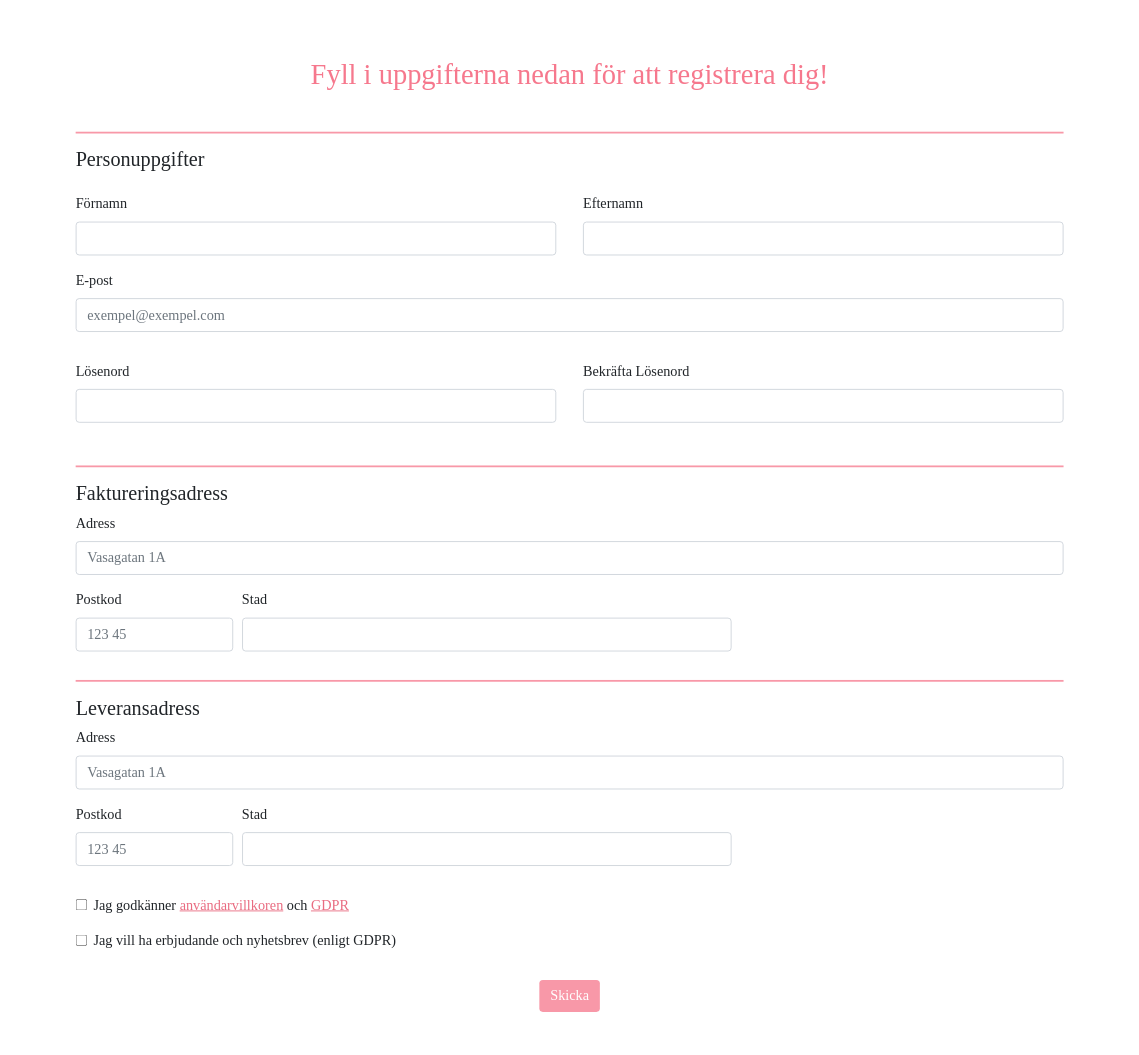
Repository: skepp4rn/Liamsuppgift3
Page: index.html
An editor plug-in stored every save of this project. The page is shown before and after the next save, followed by the edit.
The browser window is 1280 px wide. The pictures show the whole page, at 89% of full size.
Some web libraries are served in a nearby version.

Above is the page before, as saved 2020-12-06 13:04:03.
Console error (its wording comes from the project's code and is left out).

### index.html
<!DOCTYPE html>
<html lang="sv">
<head>
    <meta charset="UTF-8">
    <meta name="viewport" content="width=device-width, initial-scale=1.0">
    <script src="https://kit.fontawesome.com/ef4c0722a8.js" crossorigin="anonymous"></script>
    <link rel="stylesheet" href="https://cdn.jsdelivr.net/npm/bootstrap@4.5.3/dist/css/bootstrap.min.css" integrity="sha384-TX8t27EcRE3e/ihU7zmQxVncDAy5uIKz4rEkgIXeMed4M0jlfIDPvg6uqKI2xXr2" crossorigin="anonymous">
    <link rel="stylesheet" href="css/style.css">
     <title>Registreringsfromulär</title>
</head>
<body>


    <section class="container">
        <div class="centrerade">
            <div class="welcome">
                <h2>Fyll i uppgifterna nedan för att registrera dig!</h2>
            </div>
        </div>
    </section>


    <form class="container" oninput='up2.setCustomValidity(up2.value != up.value ? "Passwords do not match." : "")'>
        <div class="linje"></div>
        <div>
            <h3>Personuppgifter</h3>
        </div>


        <div class="row">
            <div class="col">
                <label for="firstname">Förnamn</label>
                <input id="firstname" type="text" class="form-control" required>
            </div>

            <div class="col">
                <label for="lastname">Efternamn</label>
                <input id="lastname" type="text" class="form-control" required>
            </div>
        </div>


        <div class="form-group">
            <label for="exampleInputEmail1">E-post</label>
            <input type="email" class="form-control" id="exampleInputEmail1" aria-describedby="emailHelp" placeholder="exempel@exempel.com" required>
        </div>


        <div class="row">
            <div class="col">
                <div class="form-group">
                    <label for="exampleInputPassword1">Lösenord</label>
                    <input type="password" class="form-control" name="up" id="exampleInputPassword1" required>
                </div>
            </div>
            <div class="col">
                <div class="form-group space">
                    <label for="exampleInputPassword2">Bekräfta Lösenord</label>
                    <input type="password" class="form-control" name="up2" id="exampleInputPassword2" required>
                </div>
            </div>
        </div>


        <div class="linje"></div>
        <div>
            <h3>Faktureringsadress</h3>
        </div>


        <div class="form-group">
            <label for="inputAddress">Adress</label>
            <input type="text" class="form-control" id="inputAddress" placeholder="Vasagatan 1A" required>
        </div>


        <div class="form-row">
            <div class="form-group col-md-2">
                <label for="inputZip">Postkod</label>
                <input type="text" class="form-control" id="inputZip" placeholder="123 45" required>
            </div>
            <div class="form-group col-md-6 bottenspace">
                <label for="inputCity">Stad</label>
                <input type="text" class="form-control" id="inputCity" required>
            </div>
        </div>


        <div class="linje"></div>
        <div>
            <h3>Leveransadress</h3>
        </div>


        <div class="form-group">
            <label for="inputAddress">Adress</label>
            <input type="text" class="form-control" id="inputAddress" placeholder="Vasagatan 1A" required>
        </div>


        <div class="form-row">
            <div class="form-group col-md-2">
                <label for="inputZip">Postkod</label>
                <input type="text" class="form-control" id="inputZip" placeholder="123 45" required>
            </div>
            <div class="form-group col-md-6 bottenspace">
                <label for="inputCity">Stad</label>
                <input type="text" class="form-control" id="inputCity" required>
            </div>
        </div>


        <div class="form-group form-check">
            <input type="checkbox" class="form-check-input" id="exampleCheck1" required>
            <label class="form-check-label" for="exampleCheck1">Jag godkänner <a class="linktext" href="anvandrarvillkor.html">användarvillkoren</a> och <a class="linktext" href="GDPR.html">GDPR</a></label>
        </div>


        <div class="form-group form-check">
            <input type="checkbox" class="form-check-input" id="exampleCheck2">
            <label class="form-check-label" for="exampleCheck1">Jag vill ha erbjudande och nyhetsbrev (enligt GDPR)</label>
        </div>


        <div class="centreradknapp">
            <button formaction="tacksida.html" type="submit" class="colorbutton btn btn-primary">Skicka</button>
        </div>


        <div class="whitespace"></div>
    </form>

    <script src="https://cdn.jsdelivr.net/npm/bootstrap@4.5.3/dist/js/bootstrap.bundle.min.js" integrity="sha384-ho+j7jyWK8fNQe+A12Hb8AhRq26LrZ/JpcUGGOn+Y7RsweNrtN/tE3MoK7ZeZDyx" crossorigin="anonymous"></script>
</body>
</html>

### css/style.css
*{box-sizing:border-box}

html,body{margin:0;padding:0;font-family:'Times New Roman', Times, serif}
h3{font-size:17pt}.container{width:90vw;margin:auto}
.row{padding-top:1rem;display:grid;grid-template-columns:1fr;grid-template-rows:1fr 1fr}
.col{padding-bottom:1rem}
.whitespace{height:3rem}
@media (min-width: 758px){.row{display:grid;grid-template-rows:1fr;grid-template-columns:1fr 1fr}
.tillbaka{width:10vw;height:6vw !important;font-size:20pt}
.centrerade{grid-template-rows:15fr 1fr !important;padding-top:2rem;padding-bottom:2rem}
.tacktack{width:70vw;margin:auto;height:40vw}
.tackruta{text-align:center;padding:2rem}}
@media (min-width: 1900px){.container{width:100vw !important}
.tacktack{width:50vw;margin:auto;height:20vw}.tillbaka{width:12vw !important;height:2.5vw !important;font-size:20pt}
.centrerade{grid-template-rows:15fr 1fr !important;padding-top:2rem;padding-bottom:2rem}}
#firstname{color:grey}
#lastname{color:grey}
#exampleInputEmail1{color:grey}
#exampleInputPassword1{color:grey}
#exampleInputPassword2{color:grey}
.centreradknapp{padding-top:1rem;display:flex;justify-content:center}
.colorbutton{background-color:#f898a8;border:none}
.linje{height:2px;background-color:#f898a8;margin-bottom:1rem}
.bottenspace{margin-bottom:2rem}
.linktext{color:#e96c81;text-decoration:underline}
.tacktack{border:2px solid #f898a8;border-radius:10px;display:grid;grid-template-columns:1fr;grid-template-rows:3fr 1fr;justify-items:center;margin-top:8rem}
.tackruta{text-align:center;padding:2rem}
.tillbaka{background-color:#f898a8;border-radius:8px;text-align:center;width:40vw;height:7vw}
.tillbaka a{color:#ffffff;text-decoration:none}
.home{text-align:center}
.centrerade{display:grid;grid-template-columns:1fr;grid-template-rows:27fr 1fr;justify-items:center;margin:auto}
.gdpr{text-align:center}.welcome{padding-top:2rem;text-align:center}
.welcome h2{color:#f6788d}
.space{padding-bottom:1rem}

After the next save:
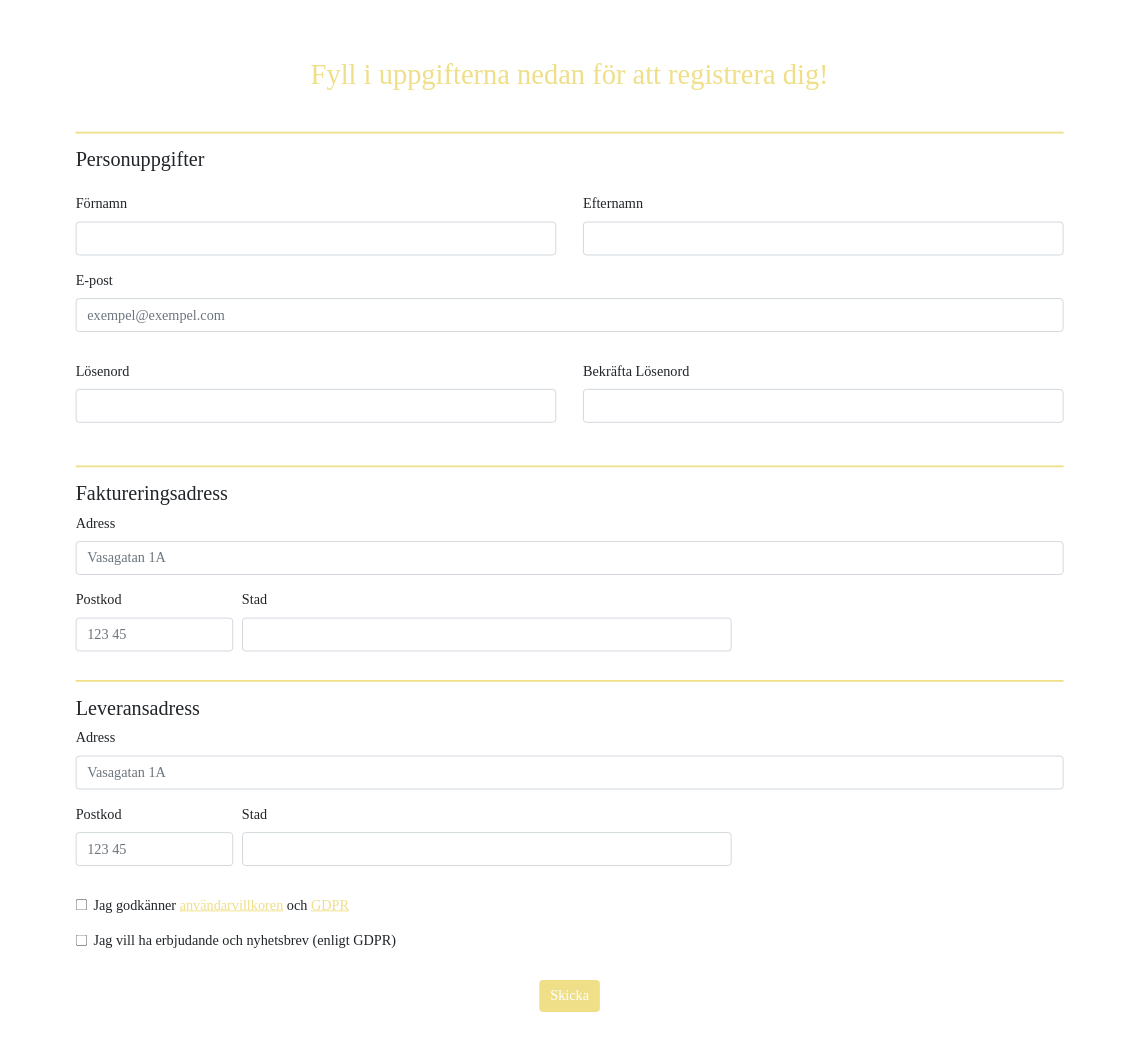
Saved 69 s later.
--- a/css/style.css
+++ b/css/style.css
@@ -19,16 +19,16 @@ h3{font-size:17pt}.container{width:90vw;margin:auto}
 #exampleInputPassword1{color:grey}
 #exampleInputPassword2{color:grey}
 .centreradknapp{padding-top:1rem;display:flex;justify-content:center}
-.colorbutton{background-color:#f898a8;border:none}
-.linje{height:2px;background-color:#f898a8;margin-bottom:1rem}
+.colorbutton{background-color:#eedf88;border:none}
+.linje{height:2px;background-color:#eedf88;margin-bottom:1rem}
 .bottenspace{margin-bottom:2rem}
-.linktext{color:#e96c81;text-decoration:underline}
-.tacktack{border:2px solid #f898a8;border-radius:10px;display:grid;grid-template-columns:1fr;grid-template-rows:3fr 1fr;justify-items:center;margin-top:8rem}
+.linktext{color:#eedf88;text-decoration:underline}
+.tacktack{border:2px solid #eedf88;border-radius:10px;display:grid;grid-template-columns:1fr;grid-template-rows:3fr 1fr;justify-items:center;margin-top:8rem}
 .tackruta{text-align:center;padding:2rem}
-.tillbaka{background-color:#f898a8;border-radius:8px;text-align:center;width:40vw;height:7vw}
+.tillbaka{background-color:#eedf88;border-radius:8px;text-align:center;width:40vw;height:7vw}
 .tillbaka a{color:#ffffff;text-decoration:none}
 .home{text-align:center}
 .centrerade{display:grid;grid-template-columns:1fr;grid-template-rows:27fr 1fr;justify-items:center;margin:auto}
 .gdpr{text-align:center}.welcome{padding-top:2rem;text-align:center}
-.welcome h2{color:#f6788d}
+.welcome h2{color:#eedf88}
 .space{padding-bottom:1rem}
